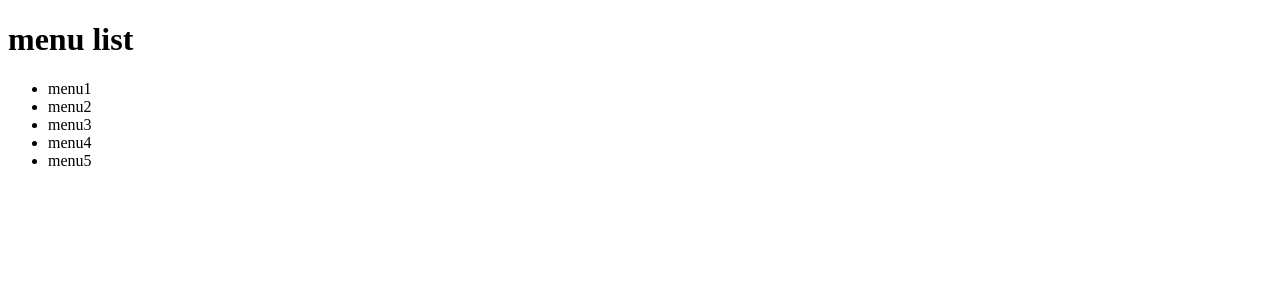
Repository: harin1212/PDA-frontend
Page: js04/dom1.html
These files come from the project's save history. The page is drawn as it stood at one moment and after the next save; the edit follows.
The browser window is 1280 px wide. The pictures show the whole page.

Above is the page before, as saved 2023-08-09 15:33:21.

After the next save:
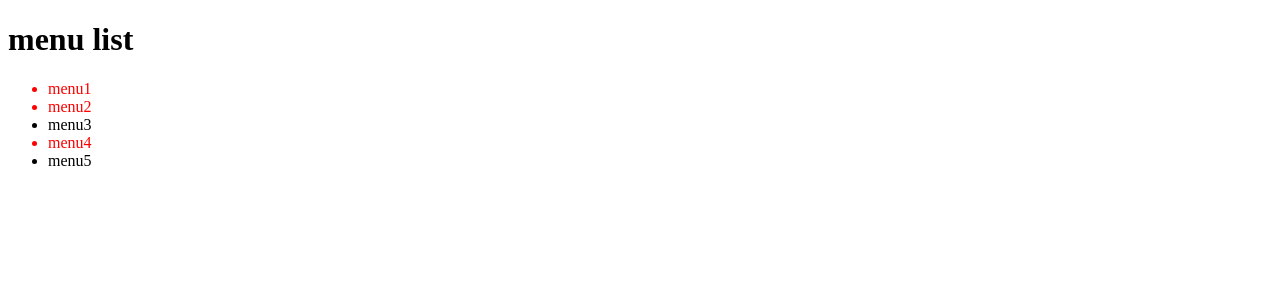
Saved 58 s later.
--- a/js04/dom1.html
+++ b/js04/dom1.html
@@ -5,6 +5,14 @@
     <meta name="viewport" content="width=device-width, initial-scale=1.0">
     <title>dom</title>
     <script defer src="js/dom1.js"></script>
+    <style>
+        .red{
+            color: red;
+        }
+        .green{
+            color: green;
+        }
+    </style>
 </head>
 <body>
     <!-- <button type="button" id="win_open">열기</button> -->
